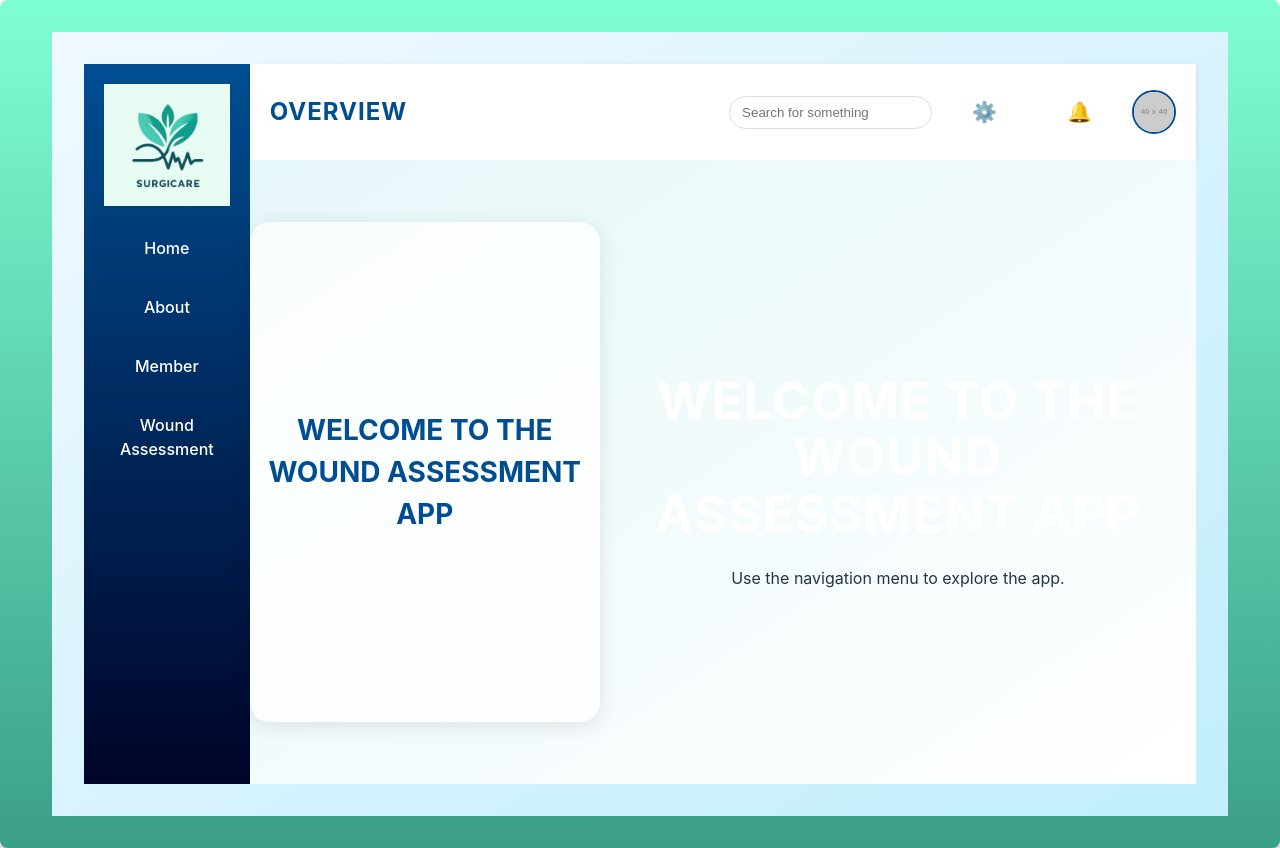
Repository: Jinwoo290350/Surgicare-Vue
Page: / (app in surgicare/)
An editor plug-in stored every save of this project. The page is shown before and after the next save, followed by the edit.
The browser window is 1280 px wide. The pictures show the whole page.
The project was rebuilt for these pictures with package versions that can differ from the ones it lists, and the page was loaded fresh each time. Also part of the build but not shown: surgicare/vite.config.js, surgicare/src/views/About.vue, surgicare/src/views/Member.vue, surgicare/src/components/WoundAssessment.vue.

Above is the page before, as saved 2024-12-30 14:00:05.
Console error: TypeError: Cannot read properties of null (reading 'getContext')

### surgicare/index.html
<!doctype html>
<html lang="en">
  <head>
    <meta charset="UTF-8" />
    <link rel="icon" type="image/svg+xml" href="/vite.svg" />
    <meta name="viewport" content="width=device-width, initial-scale=1.0" />
    <title>Vite + Vue</title>
  </head>
  <body>
    <div id="app"></div>
    <script type="module" src="/src/main.js"></script>
  </script>
  <link href="https://fonts.googleapis.com/css2?family=Roboto:wght@400;500;700&display=swap" rel="stylesheet">

  <script type="text/javascript" src="./src/star.js"></script>
  </body>
</html>

### surgicare/src/main.js
import { createApp } from 'vue'
import './style.css'
import App from './App.vue'
import router from "./router";

createApp(App).use(router).mount("#app");

### surgicare/src/style.css
:root {
  font-family: Inter, system-ui, Avenir, Helvetica, Arial, sans-serif;
  line-height: 1.5;
  font-weight: 400;
  color-scheme: light dark;
  color: rgba(255, 255, 255, 0.87);
  background-color: #242424; /* Keeping the same background, just a bit darker */
  font-synthesis: none;
  text-rendering: optimizeLegibility;
  -webkit-font-smoothing: antialiased;
  -moz-osx-font-smoothing: grayscale;
}

a {
  font-weight: 500;
  text-decoration: inherit;
  transition: color 0.3s ease-in-out;
}
a:hover {
  color: #535bf2; /* Keep the same blue hover effect */
}

body {
  margin: 0;
  display: flex;
  place-items: center;
  min-width: 320px;
  min-height: 100vh;
  padding-left: 20px;
  padding-right: 20px;
  background-color: #1f2d29; /* Darkened background color */
  background-image: linear-gradient(to top, #3b9f87, #7FFFD4); /* Keep the original gradient, just darker */
  background-repeat: repeat-x;
  filter: progid:DXImageTransform.Microsoft.gradient(startColorstr='#3b9f87', endColorstr='#7FFFD4', GradientType=0);
  border-radius: 8px;
  box-shadow: 0 6px 12px rgba(0, 0, 0, 0.3); /* Stronger shadow for depth */
}

h1 {
  font-size: 3.2em;
  line-height: 1.1;
  color: #fff;
  text-transform: uppercase;
  letter-spacing: 1px;
  margin-bottom: 0.5em;
  transition: transform 0.3s ease-in-out;
}
h1:hover {
  transform: scale(1.05); /* Slightly enlarges title on hover */
}

button {
  border-radius: 8px;
  border: 1px solid transparent;
  padding: 0.8em 1.5em;
  font-size: 1em;
  font-weight: 500;
  font-family: inherit;
  background-color: #333; /* Slightly darker button background */
  color: white;
  cursor: pointer;
  transition: all 0.3s ease;
}
button:hover {
  border-color: #646cff;
  background-color: #444; /* Darker hover effect */
  transform: translateY(-2px); /* Lift effect on hover */
}
button:focus,
button:focus-visible {
  outline: 4px auto -webkit-focus-ring-color;
}

.card {
  padding: 2em;
  background-color: #2a2a2a; /* Darkened card background */
  border-radius: 12px;
  box-shadow: 0 4px 10px rgba(0, 0, 0, 0.4); /* Darker shadow for cards */
  transition: transform 0.3s ease;
}
.card:hover {
  transform: translateY(-5px); /* Slight lift effect on hover */
}

#app {
  max-width: 1280px;
  margin: 0 auto;
  padding: 2rem;
  text-align: center;
}

/* Media Query for Small Screens (Mobile) */
@media (max-width: 768px) {
  body {
    padding-left: 15px;
    padding-right: 15px;
  }

  h1 {
    font-size: 2.4em; /* Slightly smaller title for mobile screens */
  }

  button {
    padding: 0.6em 1.2em;
    font-size: 1em;
  }

  .card {
    padding: 1.5em;
  }

  #app {
    padding: 1.5rem;
  }
}

/* Light Mode Styles */
@media (prefers-color-scheme: light) {
  :root {
    color: #213547;
    background-color: #ffffff;
  }
  a:hover {
    color: #747bff;
  }
  button {
    background-color: #f9f9f9;
    color: #333;
  }
  .card {
    background-color: #f5f5f5;
    box-shadow: 0 2px 6px rgba(0, 0, 0, 0.1);
  }
}

### surgicare/src/App.vue
<template>
  <div id="app" class="app-container">
    <aside class="sidebar">
      <img src="/Users/frank/Vscode/Vue/surgicare/public/Icon_surgicare.png" alt="Logo" class="logo" />
      <nav class="menu">
        <router-link to="/">Home</router-link>
        <router-link to="/about">About</router-link>
        <router-link to="/member">Member</router-link>
        <router-link to="/wound-assessment">Wound Assessment</router-link>
      </nav>
    </aside>

    <main class="main-content">
      <header class="header">
        <h1>Overview</h1>
        <div class="header-tools">
          <input type="text" placeholder="Search for something" class="search-box" />
          <button class="settings-btn">⚙️</button>
          <button class="notifications-btn">🔔</button>
          <img src="https://via.placeholder.com/40" alt="Profile" class="profile-pic" />
        </div>
      </header>
      <div class="content-area">
        <div class="placeholder">WELCOME TO THE WOUND ASSESSMENT APP</div>
        <router-view />
      </div>
    </main>
  </div>
</template>

<script>
export default {
  name: "DashboardPage",
};
</script>

<style scoped>
/* General Styles */
body {
  margin: 0;
  font-family: 'Poppins', Arial, sans-serif;
}

.app-container {
  display: flex;
  height: 100vh;
  background: linear-gradient(to bottom right, #f0f9ff, #c1eefd);
}

.sidebar {
  width: 250px;
  background: linear-gradient(to bottom, #004e92, #000428);
  color: white;
  padding: 20px;
  display: flex;
  flex-direction: column;
  align-items: center;
}

.logo {
  width: 100%;
  max-width: 150px;
  margin-bottom: 20px;
}

.menu a {
  text-decoration: none;
  color: white;
  font-size: 16px;
  margin-bottom: 15px;
  display: block;
  text-align: center;
  padding: 10px 15px;
  border-radius: 8px;
  transition: background 0.3s, transform 0.3s;
}

.menu a:hover {
  background: rgba(255, 255, 255, 0.2);
  transform: scale(1.05);
}

.main-content {
  flex-grow: 1;
  display: flex;
  flex-direction: column;
}

.header {
  display: flex;
  justify-content: space-between;
  align-items: center;
  padding: 20px;
  background: white;
  box-shadow: 0 2px 5px rgba(0, 0, 0, 0.1);
}

.header h1 {
  font-size: 24px;
  color: #004e92;
  margin: 0;
}

.header-tools {
  display: flex;
  align-items: center;
}

.search-box {
  padding: 8px 12px;
  border: 1px solid #ddd;
  border-radius: 25px;
  margin-right: 10px;
  outline: none;
  transition: box-shadow 0.3s;
}

.search-box:focus {
  box-shadow: 0 0 10px rgba(0, 78, 146, 0.5);
}

.settings-btn,
.notifications-btn {
  background: none;
  border: none;
  font-size: 20px;
  color: #555;
  margin-right: 10px;
  cursor: pointer;
}

.profile-pic {
  width: 40px;
  height: 40px;
  border-radius: 50%;
  border: 2px solid #004e92;
}

.content-area {
  flex-grow: 1;
  background: linear-gradient(to bottom right, #e6f7f9, #ffffff);
  display: flex;
  justify-content: center;
  align-items: center;
  position: relative;
}

.placeholder {
  width: 80%;
  height: 80%;
  background: rgba(255, 255, 255, 0.8);
  border-radius: 20px;
  box-shadow: 0 4px 20px rgba(0, 0, 0, 0.1);
  display: flex;
  justify-content: center;
  align-items: center;
  font-size: 28px;
  color: #004e92;
  font-weight: bold;
  text-align: center;
}
</style>

### surgicare/src/router/index.js
import { createRouter, createWebHistory } from "vue-router";
import Home from "../views/Home.vue";
import About from "../views/About.vue";
import Member from '../views/Member.vue';
import WoundAssessment from "../components/WoundAssessment.vue";

const routes = [
  { path: "/", name: "Home", component: Home },
  { path: "/about", name: "About", component: About },
  {
    path: "/member",
    name: "Member",
    component: Member,
  },
  { path: "/wound-assessment", name: "WoundAssessment", component: WoundAssessment },
];

const router = createRouter({
  history: createWebHistory(),
  routes,
});

export default router;

### surgicare/src/views/Home.vue
<template>
  <div class="home">
    <h1>Welcome to the Wound Assessment App</h1>
    <p>Use the navigation menu to explore the app.</p>
  </div>
</template>

<script>
export default {
  name: "Home",
};
</script>

<style scoped>
.home {
  text-align: center;
  margin: 20px;
  text-decoration-color: black;
}
</style>

### surgicare/src/star.js
const canvas = document.querySelector('canvas')
const c = canvas.getContext('2d')

canvas.width = innerWidth
canvas.height = innerHeight

window.addEventListener("resize", function() {
    canvas.width = window.innerWidth;
    canvas.height = window.innerHeight;
    init()
})
function Star(x, y, radius, color) {
    this.x = x
    this.y = y
    this.radius = radius
    this.color = color
    this.velocity = {
        x: (Math.random() - 0.5) * 8,
        y: 3
    }
    this.friction = 0.8
    this.gravity = 1
}

Star.prototype.draw = function() {
    c.save()
    c.beginPath()
    c.arc(this.x, this.y, this.radius, 0, Math.PI * 2, false)
    c.fillStyle = this.color
    c.shadowColor = '#E3EAEF'
    c.shadowBlur = 20
    c.fill()
    c.closePath()
    c.restore()
}

Star.prototype.update = function() {
    this.draw()

    //When ball hits bottom of screen
    if(this.y + this.radius + this.velocity.y > canvas.height - groundHeight){
        this.velocity.y = -this.velocity.y * this.friction
        this.shatter()
    }
    else{
        this.velocity.y += this.gravity
    }

    //Hits side of screen
    if(this.x + this.radius + this.velocity.x > canvas.width || this.x - this.radius <= 0){
        this.velocity.x = -this.velocity.x * this.friction
        this.shatter()
    }

    this.x += this.velocity.x
    this.y += this.velocity.y

}

Star.prototype.shatter = function(){
    this.radius -= 3
    for(let i = 0; i < 8; i++){
        miniStars.push(new MiniStar(this.x, this.y, 2))
    }

}

function MiniStar(x, y, radius, color){
    Star.call(this, x, y, radius, color)
    this.velocity = {
        x: (Math.random() - 0.5) * 10,
        y: (Math.random() - 0.5) * 30
    }
    this.friction = 0.8
    this.gravity = 0.1
    this.ttl = 100
    this.opacity = 1
}

MiniStar.prototype.draw = function() {
    c.save()
    c.beginPath()
    c.arc(this.x, this.y, this.radius, 0, Math.PI * 2, false)
    c.fillStyle = `rgba(227,234, 239, ${this.opacity})`
    c.shadowColor = '#E3EAEF'
    c.shadowBlur = 20
    c.fill()
    c.closePath()
    c.restore()
}

MiniStar.prototype.update = function() {
    this.draw()

    if(this.y + this.radius + this.velocity.y > canvas.height - groundHeight){
        this.velocity.y = -this.velocity.y * this.friction
    }
    else{
        this.velocity.y += this.gravity
    }

    this.x += this.velocity.x
    this.y += this.velocity.y
    this.ttl -= 1
    this.opacity -= 0.0001 * this.ttl
}

function creatMountainRange(mountainAmount, height, color){
    for(let i = 0; i < mountainAmount; i++){
        const mountainWidth = canvas.width / mountainAmount
        c.beginPath()
        c.moveTo(i * mountainWidth, canvas.height)
        c.lineTo(i * mountainWidth + mountainWidth + 0.2*canvas.height, canvas.height)
        c.lineTo(i * mountainWidth + mountainWidth / 2, canvas.height - height)
        c.lineTo(i * mountainWidth - 0.2*canvas.height, canvas.height)
        c.fillStyle = color
        c.fill()
        c.closePath()
    }
}

// Implementation
const backgroundGradient = c.createLinearGradient(0, 0, canvas.width, canvas.height)
backgroundGradient.addColorStop(0, '#171e26')
backgroundGradient.addColorStop(1, '#3f586b')

let stars
let miniStars
let backgroundStars
let ticker = 0
let randomSpawnRate = 75
const groundHeight = 0.09 * canvas.height
let inf = 1e9
function init() {
    stars = []
    miniStars = []
    backgroundStars = []

    for(let i = 0; i < 200; i++){
        const x = Math.random() * canvas.width
        const y = Math.random() * canvas.height
        const radius = Math.random() * 3
        backgroundStars.push(new Star(x, y, radius, 'white'))
    }
}

// Animation Loop
function animate() {
    c.clearRect(0, 0, 0, canvas.height)
    c.fillStyle = backgroundGradient
    c.fillRect(0, 0, canvas.width, canvas.height)

    backgroundStars.forEach(backgroundStar => {
        backgroundStar.draw()
    })

    if(flag) creatMountainRange(1, canvas.height * 0.7, '#384551')
    if(flag) creatMountainRange(2, canvas.height * 0.6, '#2B3843')
    if(flag) creatMountainRange(3, canvas.height * 0.4, '#26333E')
    c.fillStyle = '#182028'
    c.fillRect(0, canvas.height - groundHeight, canvas.width, groundHeight)
    stars.forEach((star, index) => {
        star.update();
        if(star.radius == 0){
            stars.splice(index, 1)
        }
    });

    miniStars.forEach((miniStar, index) => {
        miniStar.update();
        if(miniStar.ttl == 0){
            miniStars.splice(index, 1)
        }
    });

    ticker++
    if(ticker >= inf){
        ticker = 0
    }
    if(ticker % randomSpawnRate == 0){
        const radius = 9
        const x = Math.max(radius, Math.random() * canvas.width - radius)
        stars.push(new Star(x, -100, 9, '#E3EAEF'))
        randomSpawnRate = Math.floor(Math.random() * (200 - 125 + 1) + 125)
    }

    requestAnimationFrame(animate)
}

init()
animate()

After the next save:
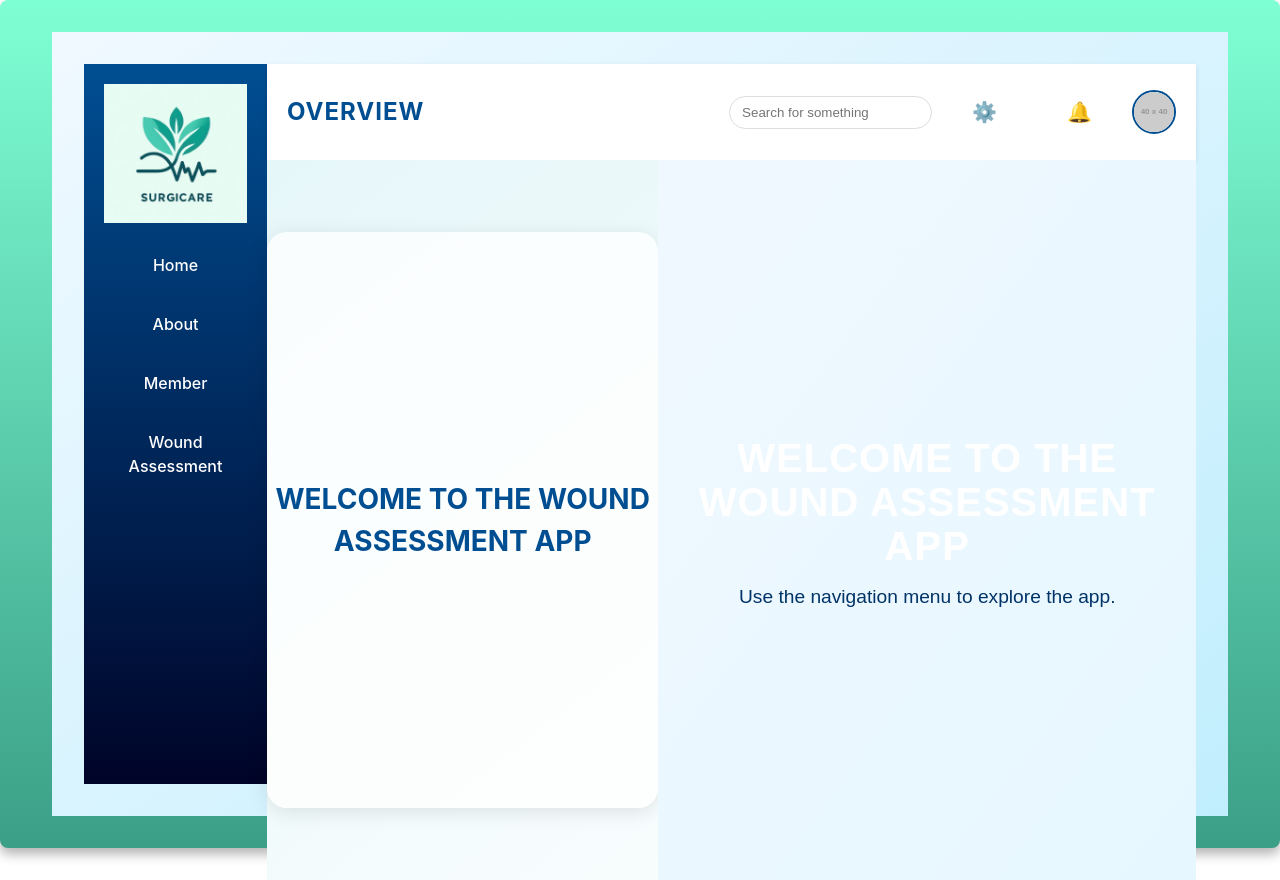
Saved 91 s later.
--- a/surgicare/src/views/Home.vue
+++ b/surgicare/src/views/Home.vue
@@ -1,7 +1,7 @@
 <template>
   <div class="home">
-    <h1>Welcome to the Wound Assessment App</h1>
-    <p>Use the navigation menu to explore the app.</p>
+    <h1 class="title">Welcome to the Wound Assessment App</h1>
+    <p class="description">Use the navigation menu to explore the app.</p>
   </div>
 </template>
 
@@ -13,8 +13,28 @@ export default {
 
 <style scoped>
 .home {
+  display: flex;
+  flex-direction: column;
+  align-items: center;
+  justify-content: center;
+  height: 100vh;
+  background: linear-gradient(to bottom right, #f0f8ff, #e6f7ff);
+  color: #003366;
+  font-family: 'Arial', sans-serif;
   text-align: center;
-  margin: 20px;
-  text-decoration-color: black;
+  padding: 20px;
+  box-sizing: border-box;
+}
+
+.title {
+  font-size: 2.5rem;
+  font-weight: bold;
+  margin-bottom: 15px;
+}
+
+.description {
+  font-size: 1.2rem;
+  font-weight: 300;
+  margin-top: 0;
 }
 </style>
